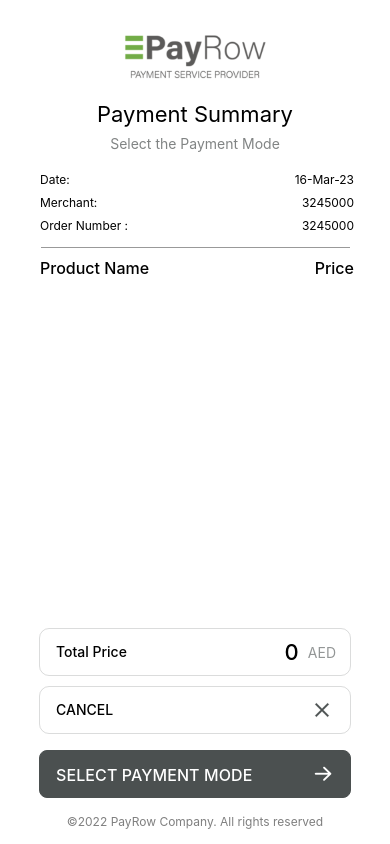
Repository: rishabh-critical-river/payrowios
Screen: /paymentSummary
An editor plug-in stored every save of this project. The screen is shown before and after the next save, followed by the edit.
The app was drawn by React Native's web renderer in a window 390 px wide. The project was rebuilt for these pictures with package versions that can differ from the ones it lists, and the page was loaded fresh each time. Also part of the build but not shown: screens/onboarding/CreateAccount.js, screens/home/HomeScreen.tsx, screens/home/HomeComponents/TapToPay.tsx, screens/home/HomeComponents/AddItem.js, screens/home/HomeComponents/TapCard.tsx, screens/home/HomeComponents/EnterPin.tsx, screens/home/HomeComponents/Confirmation.tsx, screens/home/HomeComponents/NewPayment.tsx and 37 more.

Above is the screen before, as saved 2023-07-27 05:08:27.

After the next save:
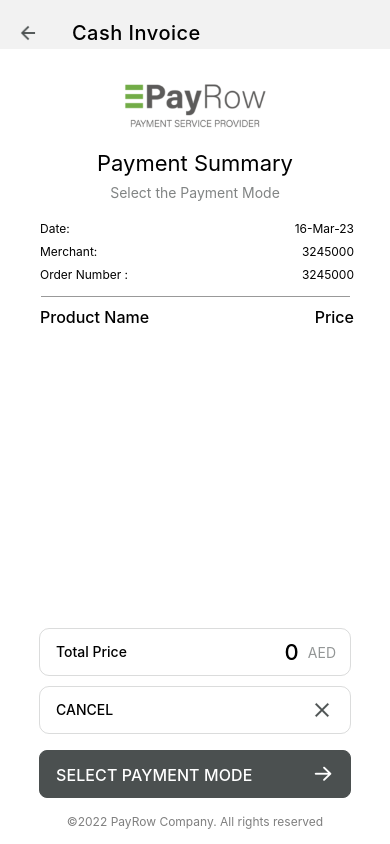
Saved 8 s later.
--- a/screens/home/HomeComponents/PaymentSummary.js
+++ b/screens/home/HomeComponents/PaymentSummary.js
@@ -35,7 +35,33 @@ const PaymentSummary = ({ navigation, route }) => {
   console.log(categories, "cat");
   return (
     <>
-
+    <View
+            style={{
+              marginLeft: 19.98,
+              marginTop: 17,
+              flexDirection: "row",
+              alignItems: "center",
+            }}
+          >
+            <Image
+              source={require("./arrow_back.png")}
+              style={{
+                width: 16.03,
+                height: 16.03,
+                marginRight: 35.98,
+              }}
+            />
+            <Text
+              style={{
+                fontSize: 20,
+                fontWeight: "500",
+                lineHeight: 32,
+                letterSpacing: 0.5,
+              }}
+            >
+              Cash Invoice
+            </Text>
+          </View>
       <View style={{ flex: 1, backgroundColor: "white" }}>
         <View>
           <Image
